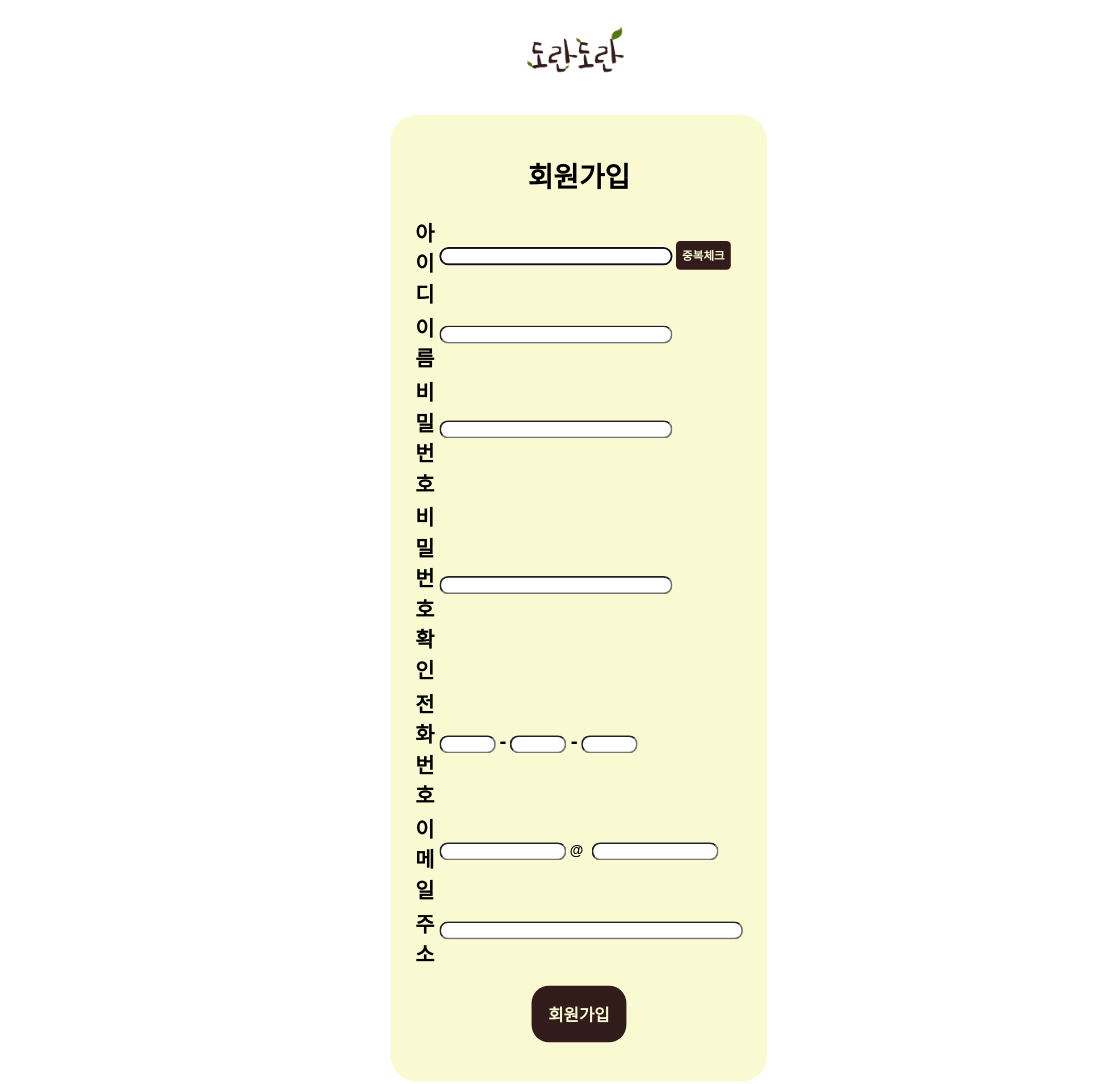
Repository: juhyun110701/DORANDORAN
Page: http://localhost/dorandoran/signup.jsp
An editor plug-in stored every save of this project. The page is shown before and after the next save, followed by the edit.
The browser window is 1280 px wide. The pictures show the whole page, at 87% of full size.
Some web fonts or font styles are not loaded; a fallback is used. The page is served by Tomcat 9. Nobody is signed in. The application's start-up code is not run. Other server files are loaded and not shown.

Above is the page before, as saved 2019-07-21 08:25:36.

### dorandoran/WebContent/signup.jsp
<%@ page language="java" contentType="text/html; charset=UTF-8"
    pageEncoding="UTF-8" import="java.sql.*"%>
<%@ page import="doran.db.connection.DBConnection" %>
<!DOCTYPE html>
<html>
<head>
    <meta charset="UTF-8">
    <title>도란도란 : 회원가입</title>
    <link rel="stylesheet" href="css/signup.css">
    <link href="https://fonts.googleapis.com/css?family=Sunflower:300&display=swap" rel="stylesheet">
    <style>
    	.btn2{
    		background-color:#311b1b;
    		color:lightgoldenrodyellow;
    		border:0;
			outline:0;
			border-radius:5px;
			padding:2%;
    	}
    </style>
    <script>
	    var pattern1 = /[0-9]/;
	    var pattern2 = /[a-zA-Z]/;
	    var pattern3 = /[*!%@#^]/;
	    var pattern4=/[~\$<>&]/;
	    var pw_msg = "";

	    window.onload=function(){
			document.form.id.focus();
		}

	    function inputIdChk(){
	    	document.form.idDuplication.value="uncheck";
	    }

	    function idchk(inputid){
	    	if(document.form.id.value==""){
				alert("아이디를 입력해주세요");
				document.form.id.focus();
				return;
			}
	    	window.name="form";
	    	var popupX = (window.screen.width/2)-(400/2);
	    	var popupY= (window.screen.height/2)-(200/2);
	    	window.open("idDupChk.jsp?id="+document.form.id.value,"chkForm","width=400, height=200, resizable=no, scrollbars=no, left="+popupX+", top="+popupY);
	    }

	    function check(){
			if(document.form.id.value==""){
				alert("아이디를 입력해주세요");
				document.form.id.focus();
				return;
			}

			/*if(document.form.idDuplication.value=="uncheck"){
				alert("아이디 중복을 확인해주세요");
				return;
			}*/

			if(document.form.pw.value==""){
				alert("비밀번호를 입력해주세요");
				document.form.pw.focus();
				return;
			}
			if(document.form.pwchk.value==""){
				alert("비밀번호 확인란을 입력해주세요");
				document.form.pwchk.focus();
				return;
			}
			if(document.form.tel1.value=="" || document.form.tel2.value=="" || document.form.tel3.value==""){
				alert("전화번호를 입력해주세요");
				document.form.tel1.focus();
				return;
			}
			if(document.form.email1.value=="" || document.form.email2.value==""){
				alert("이메일을 입력해주세요");
				document.form.email1.focus();
				return;
			}
			if(pattern4.test(document.form.pw.value)){
				alert("특수문자는 *, !, %, @, #, ^만 사용이 가능합니다");
				return;
			}
			if(!pattern1.test(document.form.pw.value)||!pattern2.test(document.form.pw.value)||!pattern3.test(document.form.pw.value)||document.form.pw.value.length<8||document.form.pw.value.length>50){
	            alert("영문+숫자+특수기호 8자리 이상으로 구성하여야 합니다.");
	            return;
	        }
			if(document.form.pw.value !=document.form.pwchk.value){
				alert("비밀번호와 비밀번호 확인이 일치하지 않습니다");
				return;
			}

			document.forms['form'].submit();
		}//function check()
    </script>
</head>
<body onload="form.id.focus()">
<form name="form" action="signupProc.jsp" method="post">
    <table id="whole">
        <tr>
            <td width="47%"></td>
            <td width="12%"><a href="index.jsp"><img src="img/logo.png" width="80%"></a></td>
            <td width="41%"></td>
        </tr>
        <tr>
           <td colspan=3>
               <div id="box" align="center">
                   <h1>회원가입</h1>
                   <p/>
                   <table>
                      <tr>
                          <td>
                               <font size="5%">아이디</font>
                          </td>
                          <td>
                              <input type="text" name="id" class="text" size=30 onkeydown="inputIdChk()">
                              <input type="button" class="btn2" value="중복체크" onclick="idchk(this.form)"><p>
                              <!-- <input type="hidden" name="idDuplication" value="uncheck"> -->
                          </td>
                       </tr>
                       <tr>
                          <td>
                               <font size="5%">이름</font>
                          </td>
                          <td>
                              <input type="text" name="name" class="text" size=30><p>
                          </td>
                       </tr>
                       <tr>
                            <td>
                                <font size="5%">비밀번호</font>
                            </td>
                            <td>
                                <input type="password" name="pw" class="text" size=30><p>
                            </td>
                       </tr>
                       <tr>
                            <td>
                                <font size="5%">비밀번호 확인</font>
                            </td>
                            <td>
                                <input type="password" name="pwchk" class="text" size=30><p>
                            </td>
                       </tr>
                       <tr>
                            <td>
                                <font size="5%">전화번호</font>
                            </td>
                            <td>
                                <input type="tel" name="tel1" class="text" size=5> <font size="5%">-</font>
                                <input type="tel" name="tel2" class="text" size=5> <font size="5%">-</font>
                                <input type="tel" name="tel3" class="text" size=5><p>
                            </td>
                       </tr>
                       <tr>
                            <td>
                                <font size="5%">이메일</font>
                            </td>
                            <td>
                                <input type="email" name="email1" class="text" size=15><font size="3%">&nbsp;@&nbsp;</font>
                                <input type="email" name="email2" class="text" size=15><p>
                            </td>
                       </tr>
                       <tr>
                            <td>
                                <font size="5%">주소</font>
                            </td>
                            <td>
                                <input type="text" name="address" class="text" size=40><p>
                            </td>
                       </tr>
                       <tr>
                           <td colspan=2 align="center">
                           	<p>
                           	<input type="button" id="signup" class="btn" value="회원가입" onclick="check()">
                           </td>
                       </tr>
                   </table>

               </div>
           </td>
        </tr>
    </table>
</form>
</body>
</html>

### dorandoran/WebContent/css/signup.css
body{
    margin:0;
}

*{
    font-family: 'Sunflower', sans-serif;
    font-weight:bold;
}

#whole{
    width:100%;
    height:100%;
}

a{
    text-decoration: none;
}

#box{
    background-color:lightgoldenrodyellow;
    border-radius:30px;
    width:30%;
    margin-left: 35%;
    padding:2%;
}

.text{
	border-radius:10px;
}

.btn{
	background-color:#311b1b;
	color:lightgoldenrodyellow;
	border-radius:20px;
	border:0;
	outline:0;
	padding:5%;
	font-size:120%;
}

#forget{
	color:#311b1b;
	padding-top:15%;
}

After the next save:
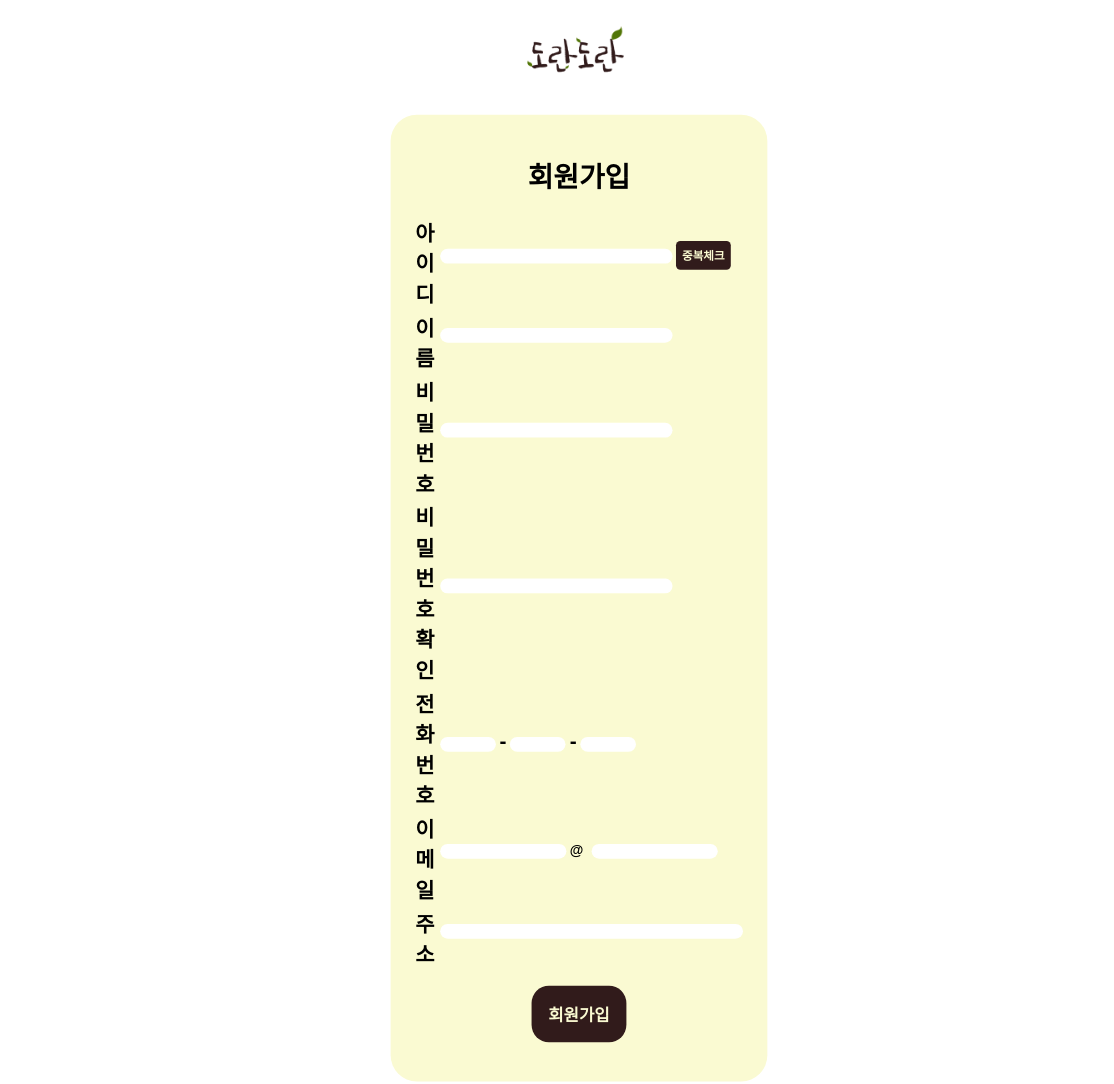
Saved 2 min 58 s later.
--- a/dorandoran/WebContent/css/signup.css
+++ b/dorandoran/WebContent/css/signup.css
@@ -26,6 +26,9 @@ a{
 
 .text{
 	border-radius:10px;
+	border:0;
+	outline:0;
+	padding-left:5px;
 }
 
 .btn{
